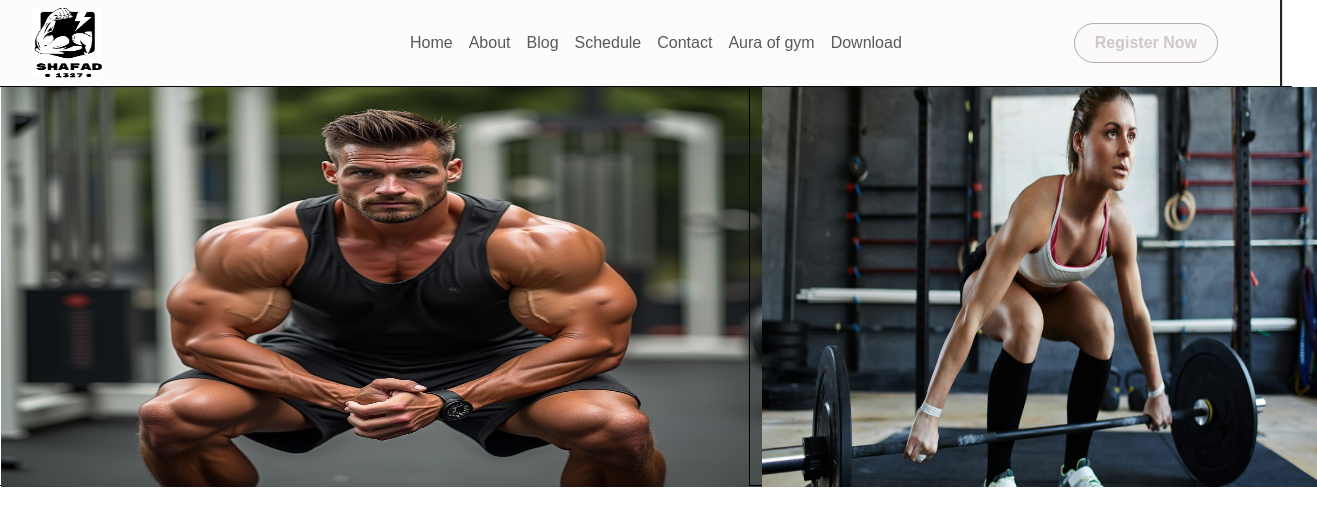
Repository: Daud-shafad/gymwebsite
Page: bootstrap-5.3.3-dist/bootstrap-5.3.3-dist/gym.html
An editor plug-in stored every save of this project. The page is shown before and after the next save, followed by the edit.
The browser window is 1280 px wide. The page is 1317 px wide, so the pictures cover 1317 px, including what lies to the right of the window. The pictures show the whole page.

Above is the page before, as saved 2024-12-28 13:26:07.

After the next save:
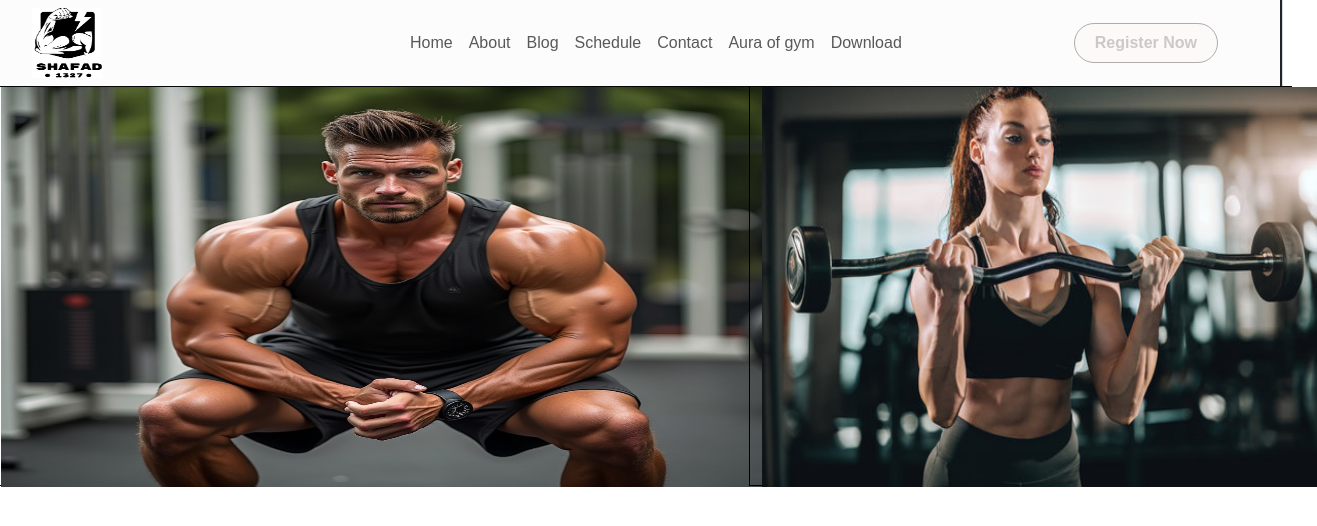
Saved 12 s later.
--- a/bootstrap-5.3.3-dist/bootstrap-5.3.3-dist/gym.html
+++ b/bootstrap-5.3.3-dist/bootstrap-5.3.3-dist/gym.html
@@ -57,7 +57,7 @@
           <img src="Photoman2.jpg" style="height: 400px; width: 799px;" alt="">
         </div>
         <div class="col-5">
-            <img src="Photowomen2.jpg" style="height: 400px; width: 555px;" alt="">
+            <img src="Photowomen3.jpg" style="height: 400px; width: 555px;" alt="">
         </div>
       </div>
 

After the save that followed:
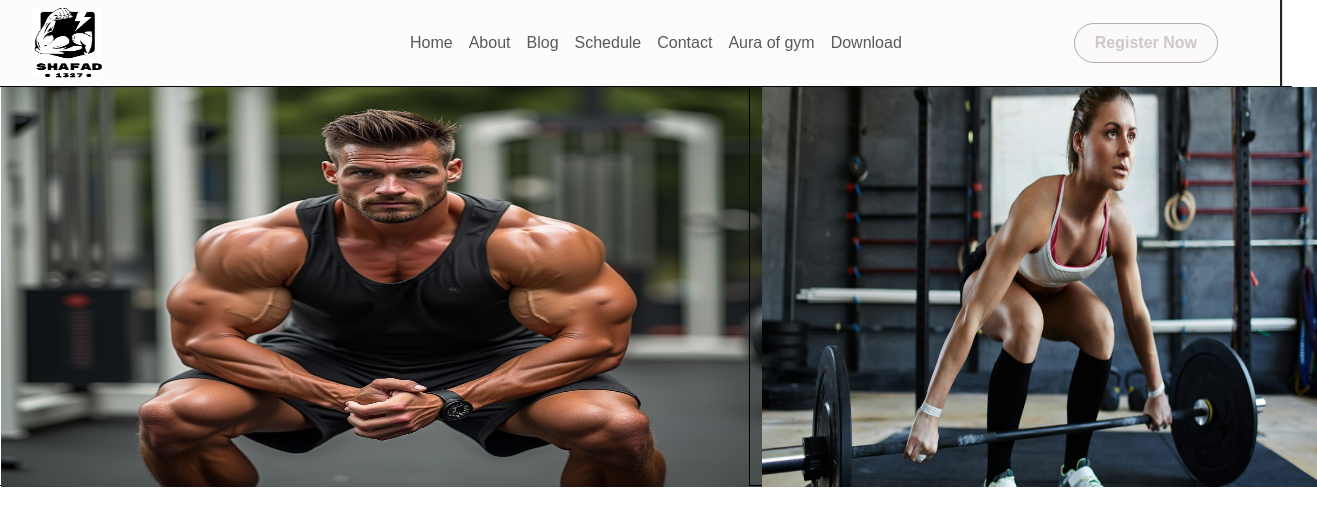
Saved 26 s later.
--- a/bootstrap-5.3.3-dist/bootstrap-5.3.3-dist/gym.html
+++ b/bootstrap-5.3.3-dist/bootstrap-5.3.3-dist/gym.html
@@ -57,7 +57,7 @@
           <img src="Photoman2.jpg" style="height: 400px; width: 799px;" alt="">
         </div>
         <div class="col-5">
-            <img src="Photowomen3.jpg" style="height: 400px; width: 555px;" alt="">
+            <img src="Photowomen2.jpg" style="height: 400px; width: 555px;" alt="">
         </div>
       </div>
 
